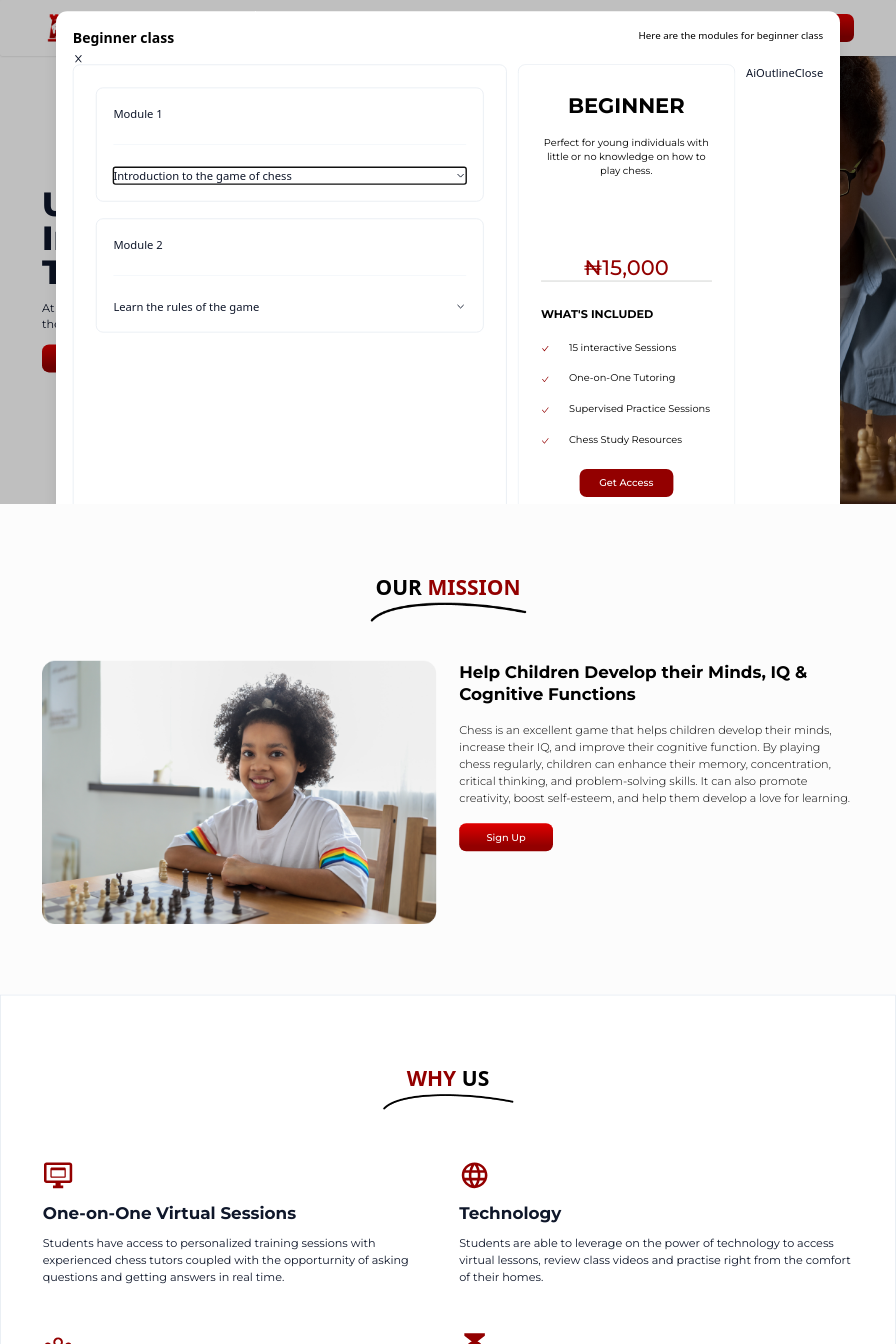
Repository: CelestinaUwajeh/chess-champ-fe
Page: /, after clicking the first element matching `button.w-\[134px\]`
These files come from the project's save history. The page is drawn as it stood at one moment and after the next save; the edit follows.
The browser window is 1280 px wide. The pictures show the part of the page from y = 0 to 1920 px (the page is 4303 px tall), at 70% of full size.
An inner scrolling area shows only its first screen. The project was rebuilt for these pictures with package versions that can differ from the ones it lists, and the page was loaded fresh each time. The framework's server and built-in components were replaced by stand-ins that run in the browser. Also part of the build but not shown: next.config.js, app/(dashboard)/parent/child/[id]/progress/highlight.tsx, app/(dashboard)/parent/child/[id]/progress/attendance.tsx, components/ui/progress.tsx, app/(dashboard)/parent/child/[id]/progress/percentage.tsx, app/(dashboard)/parent/child/[id]/progress/points.tsx, app/(dashboard)/parent/child/[id]/progress/page.tsx.

Above is the page before, as saved 2023-08-09 22:47:27.

After the next save:
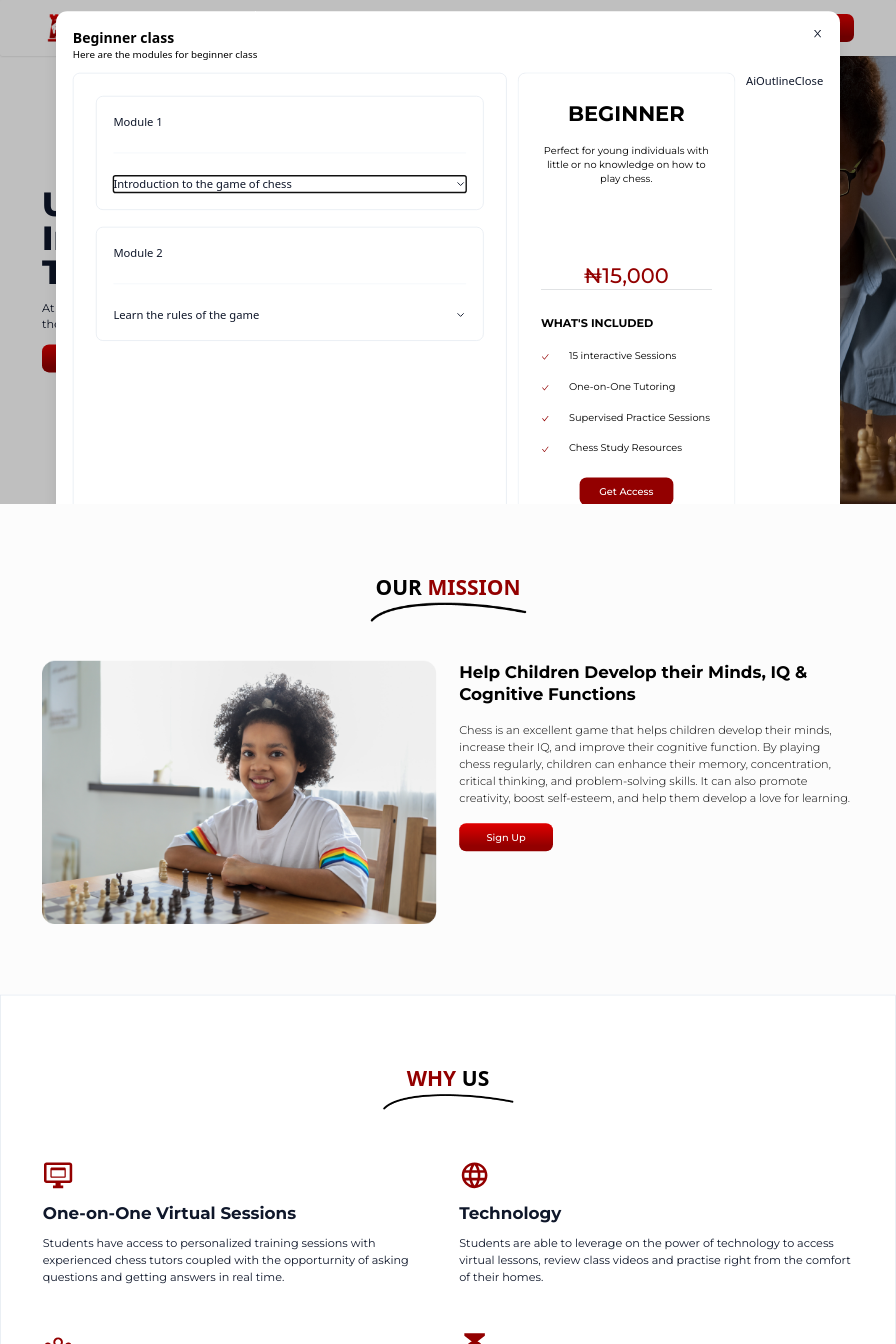
Saved 20 s later.
--- a/components/pricing-card/modal-content.tsx
+++ b/components/pricing-card/modal-content.tsx
@@ -12,8 +12,8 @@ interface PropType {
 const ModalContent = ({ data }: PropType) => {
   return (
     <div className="w-full">
-      <div>
-        <div className="flex justify-between items-start">
+      <div className="flex justify-between items-start">
+        <div>
           <p className="text-xl text-black font-semibold">Beginner class</p>
           <p className="text-sm text-black mb-4">
             Here are the modules for beginner class
